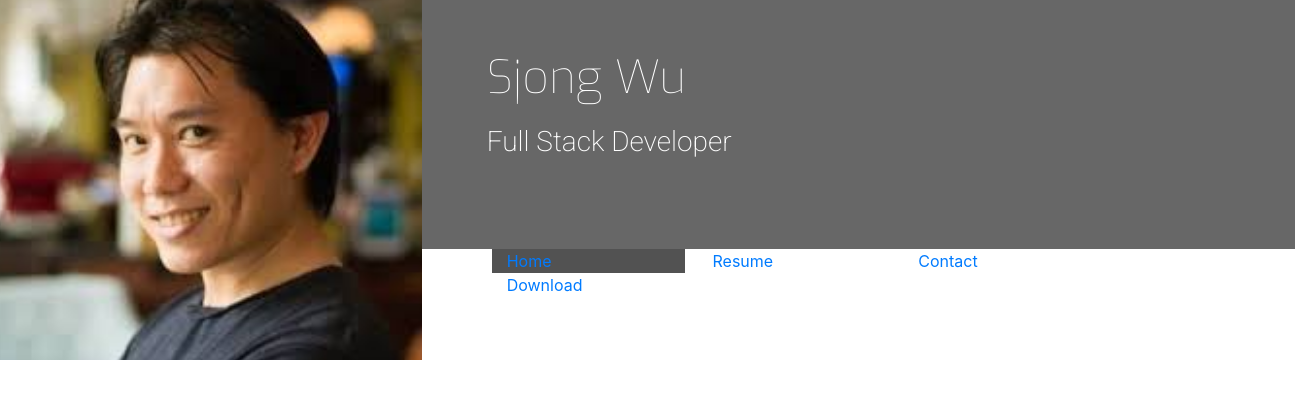
Repository: Scuzeme/codeinstitue-resume-project
Page: index.html
The author's editor kept a record of every edit. The page is drawn from the files as they stood at one moment, then again after the next edit.
The browser window is 1280 px wide. The page is 1295 px wide, so the pictures cover 1295 px, including what lies to the right of the window. The pictures show the whole page.

Above is the page before.

After the next edit:
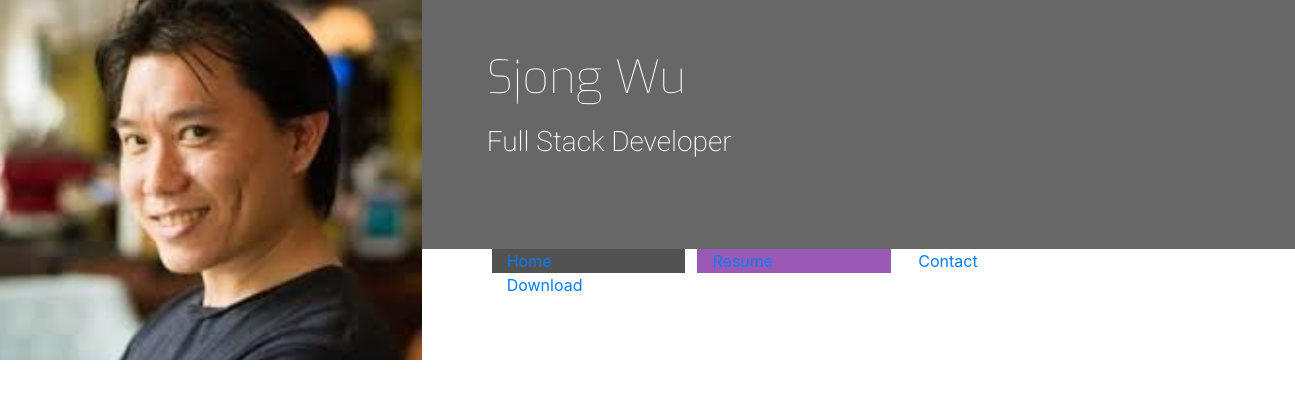
The edit:
--- a/assets/css/style.css
+++ b/assets/css/style.css
@@ -29,7 +29,7 @@
 .ui-menu-color-home {
     background-color:#e67e22;
 }
-.ui-menu-color-home {
+.ui-menu-color-resume {
     background-color:#9b59b6;
 }
 .ui-menu-color-home {
